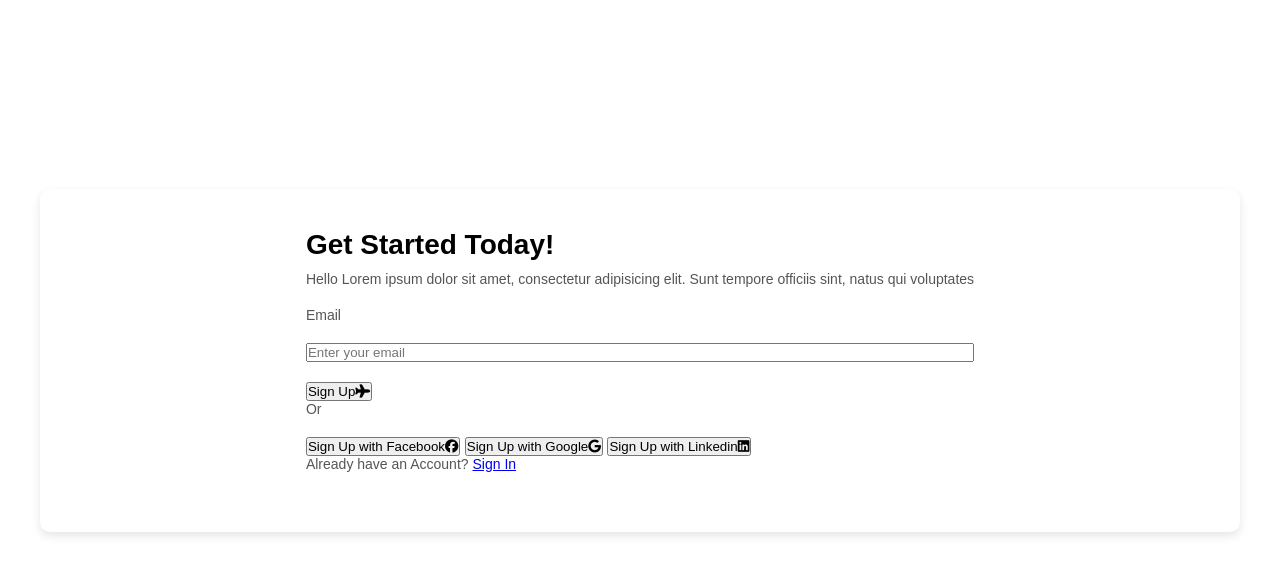
Repository: Femi007-gh/Login-V2
Page: index.html
The author's editor kept a copy of each file at every save. The page is drawn from the files as they stood at one save, then again after a run of saves.
The browser window is 1280 px wide. The pictures show the whole page.

Above is the page before, as saved 2025-01-27 07:02:45.

### index.html
<html>
    <head>
        <title></title>
  <link rel="stylesheet" href="style.css">
  <link rel="stylesheet" href="https://cdnjs.cloudflare.com/ajax/libs/font-awesome/6.5.0/css/all.min.css">
    </head>
    <body>
        <div class="container">
            <div class="left-session">
                <div class="form-container">
                    <h1>Get Started Today!</h1>
                    <p> Hello Lorem ipsum dolor sit amet, consectetur adipisicing elit. Sunt tempore officiis sint, natus qui voluptates </p>
                    <form>
                        <div class="input-group">
                            <p>Email</p>
                            <input type="email" id="email" placeholder="Enter your email" required>
                        </div>
                        <button class="primary-btn" type="submit">Sign Up<i class="fa-solid fa-plane"></i></button>
                    </form>
                    <p class="divider">Or</p>
                    <div class="social-buttons">
                        <button class="social-buttons-facebook-btn">
                            Sign Up with Facebook<i class="fa-brands fa-facebook"></i>
                        </button>
                        <button class="social-buttons-google-btn">
                            Sign Up with Google<i class="fa-brands fa-google"></i>
                        </button>
                        <button class="social-buttons-Linkedin-btn">
                            Sign Up with Linkedin<i class="fa-brands fa-linkedin"></i>
                        </button>
                    </div>
                    <p>Already have an Account? <a href="#">Sign In</a></p>
                </div>
            </div>
            <div class="right-section"></div>
        </div>
    </body>
</html>

### style.css
* {
   padding: 0;
   margin: 0;
   box-sizing: border-box;
}

body {
    font-family: sans-serif;
    background-color: #fff;
    display: flex;
    justify-content: center;
    align-items: center;
}

.container {
  display: flex;
  max-width: 1200px;
  width: 100%;
  background-color: #fff;
  border-radius: 10px;
  overflow: hidden;
  box-shadow: 0 4px 10px rgba(0, 0, 0, 0.1);
}

.left-session {
  flex: 1;
  padding: 40px;
  display: flex;
  justify-content: center;
  align-items: center;
}

h1 {
  font-size: 28px;
  font-weight: bold;
  margin-bottom: 10px;
}

p {
  font-size: 14px;
  color: #555;
  margin-bottom: 20px;
}

.input-group {
  margin-bottom: 20px;
}

.input-group input {
  width: 100%;

}

After the next 2 saves:
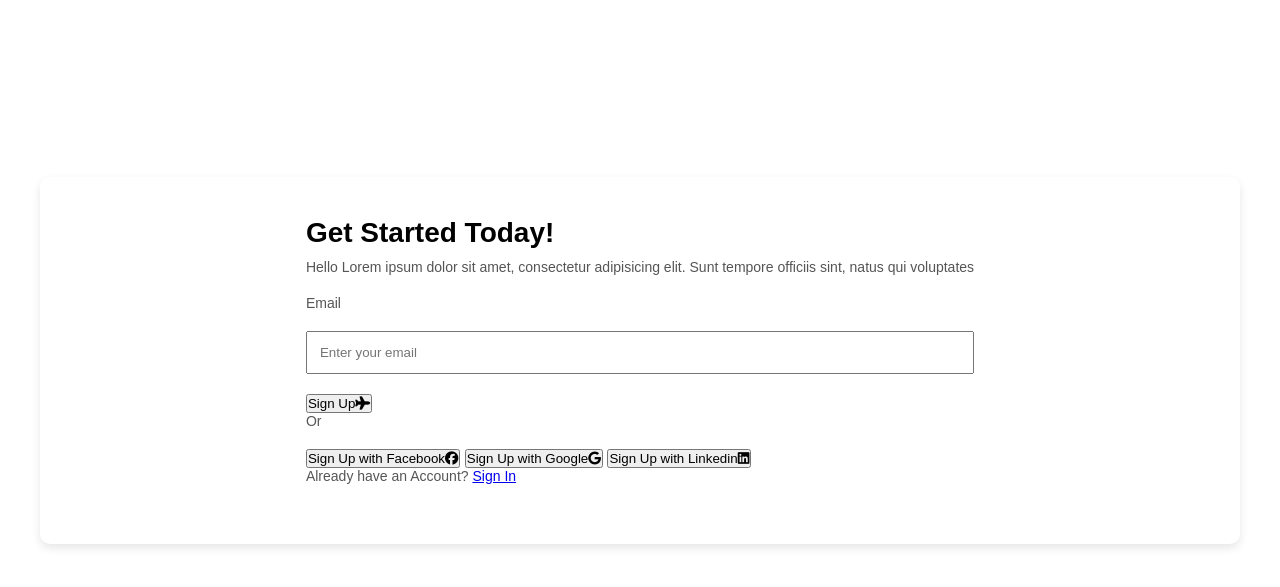
The 2 saves are shown as one change because they came seconds apart.
The last was saved 7 s later.
--- a/style.css
+++ b/style.css
@@ -48,5 +48,5 @@ p {
 
 .input-group input {
   width: 100%;
-
+  padding: 12px;
 }
